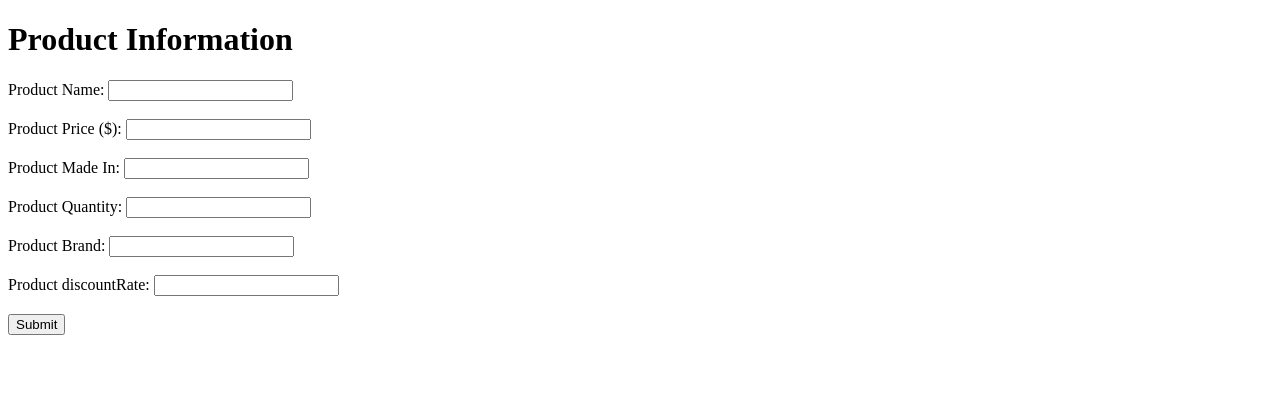
Repository: sohail1810/Product
Page: http://localhost/add-product
These files come from the project's save history. The page is drawn as it stood at one moment and after the next save; the edit follows.
The browser window is 1280 px wide. The pictures show the whole page.
The page is this project's Thymeleaf template; nobody is signed in. The template is opened directly, without the code that normally fills it, so the values that code supplies are empty.

Above is the page before, as saved 2024-12-19 15:32:19.

After the next save:
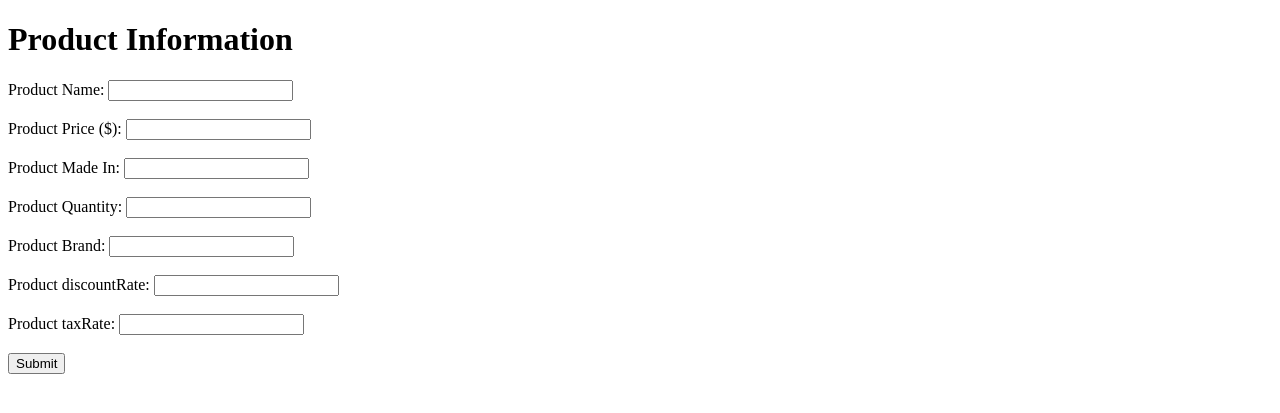
Saved 43 s later.
--- a/SpringBootMVC-1/src/main/resources/templates/add-product.html
+++ b/SpringBootMVC-1/src/main/resources/templates/add-product.html
@@ -27,6 +27,9 @@
         <label for="productdiscountrate">Product discountRate:</label>
         <input type="number" id="productquantity" name="productdiscountRate" required><br><br>
 
+        <label for="producttaxRate">Product taxRate:</label>
+        <input type="number" id="productquantity" name="producttaxRate" required><br><br>
+
         <button type="submit">Submit</button>
     </form>
 </body>
